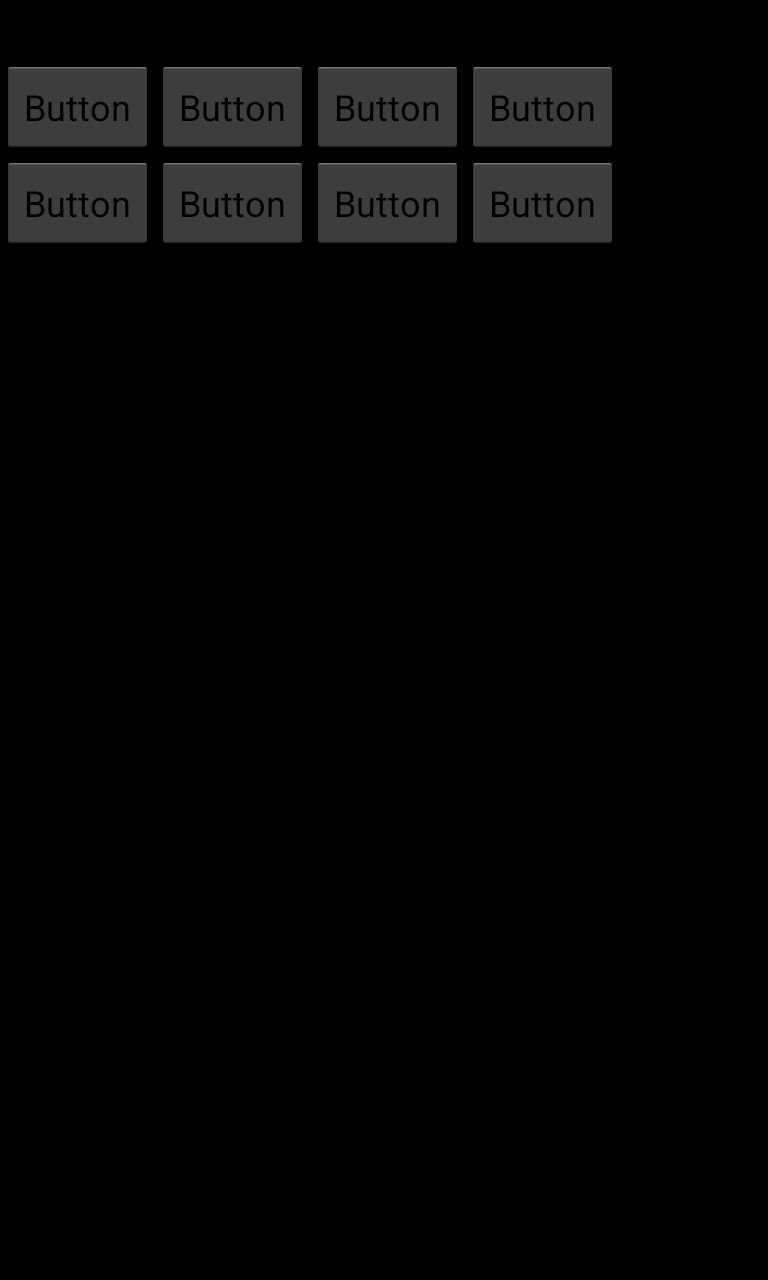
Repository: moetmd/learning-Android
Layout: Calculator/res/layout/activity_main.xml
The author's editor kept a copy of each file at every save. The layout is drawn from the files as they stood at one save, then again after the next save.
It is drawn on a 768 x 1280 px phone screen (xhdpi) without system bars, with theme AppTheme; the app's code is not run.

Above is the layout before, as saved 2014-11-19 12:51:57.

After the next save:
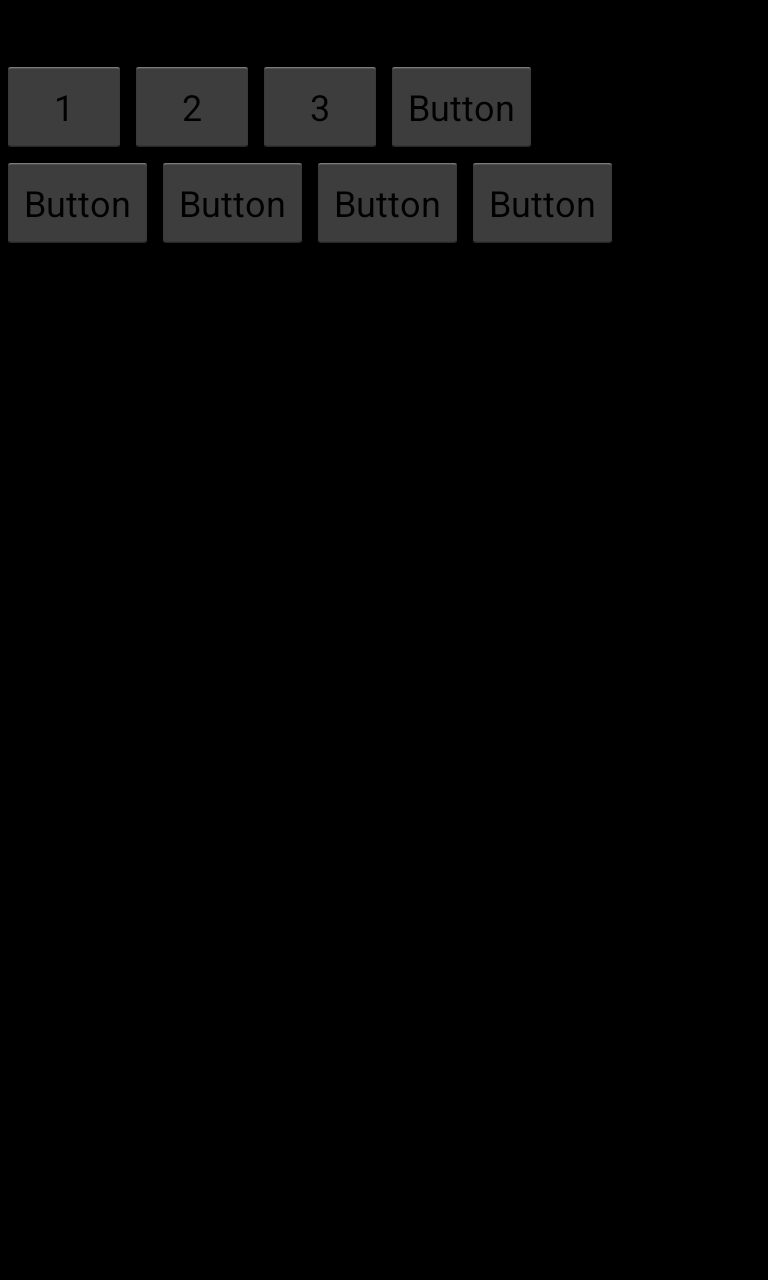
Saved 12 s later.
--- a/Calculator/res/layout/activity_main.xml
+++ b/Calculator/res/layout/activity_main.xml
@@ -29,19 +29,19 @@
                 android:id="@+id/button1"
                 android:layout_width="wrap_content"
                 android:layout_height="wrap_content"
-                android:text="Button" />
+                android:text="1" />
 
             <Button
                 android:id="@+id/button2"
                 android:layout_width="wrap_content"
                 android:layout_height="wrap_content"
-                android:text="Button" />
+                android:text="2" />
 
             <Button
                 android:id="@+id/button3"
                 android:layout_width="wrap_content"
                 android:layout_height="wrap_content"
-                android:text="Button" />
+                android:text="3" />
 
             <Button
                 android:id="@+id/button4"
